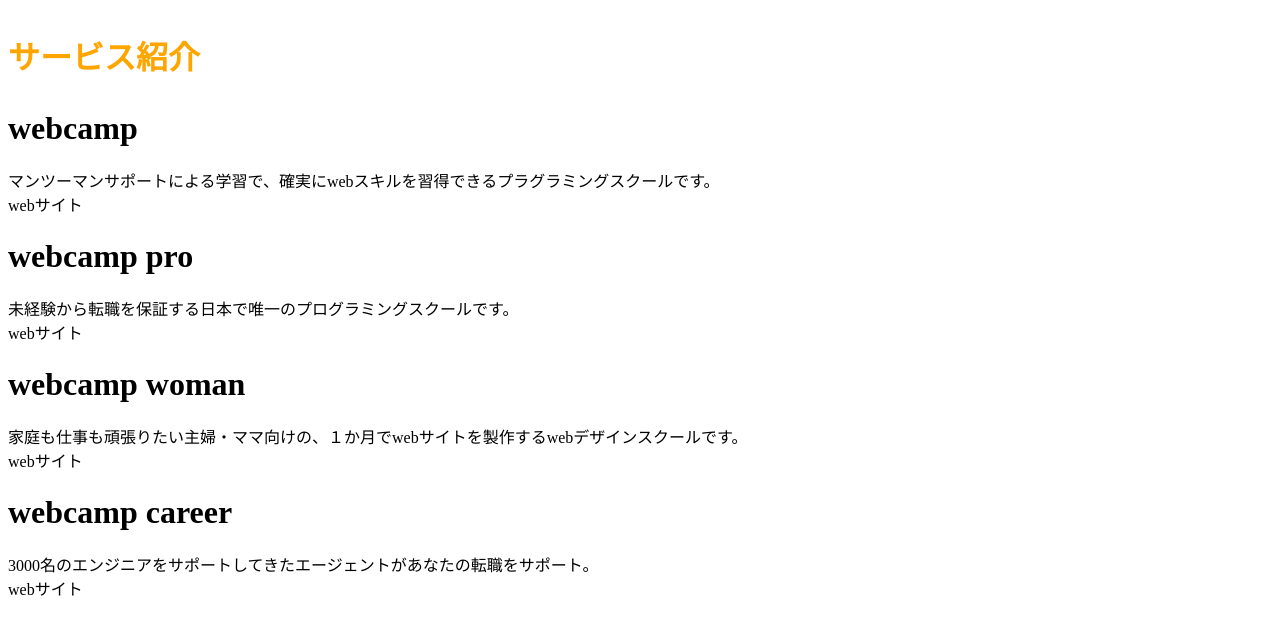
Repository: YasuyoshiSakai/kadai1
Page: sample/ensyuu.html
The author's editor kept a record of every edit. The page is drawn from the files as they stood at one moment, then again after the next edit.
The browser window is 1280 px wide. The pictures show the whole page.

Above is the page before.

After the next edit:
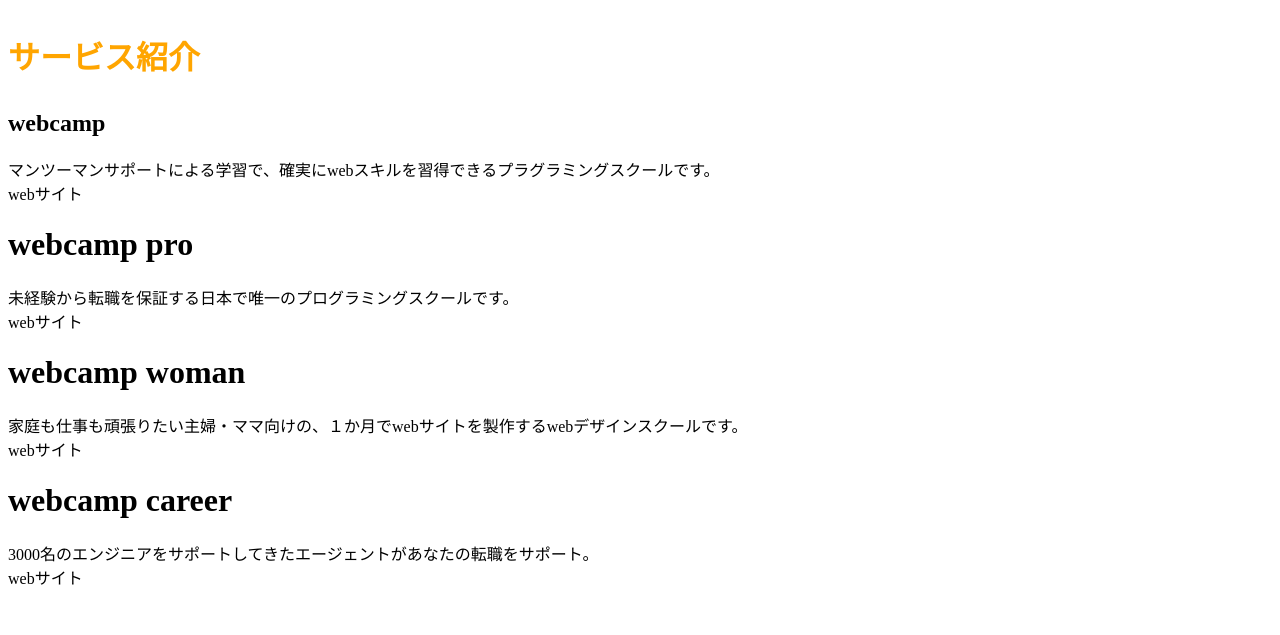
The edit:
--- a/sample/ensyuu.html
+++ b/sample/ensyuu.html
@@ -9,7 +9,7 @@
   <body>
 <h1><p class="orange">サービス紹介</p></h1>
 
-<h1>webcamp</h1>
+<h2>webcamp</h2>
 マンツーマンサポートによる学習で、確実にwebスキルを習得できるプラグラミングスクールです。<br>
 webサイト<br>
 <h1>webcamp pro</h1>
